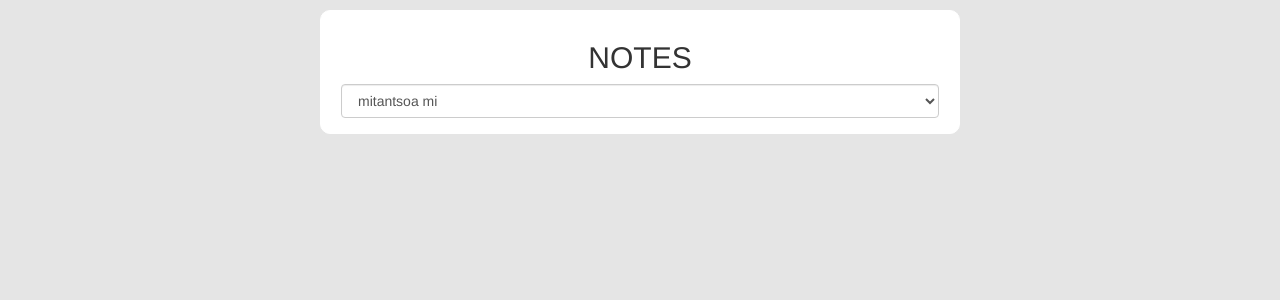
Repository: mitantsoa1/CRUD-note
Page: http://localhost/note
An editor plug-in stored every save of this project. The page is shown before and after the next save, followed by the edit.
The browser window is 1280 px wide. The pictures show the whole page.
The page is run by PHP 8.4 with error messages shown; the project is at /var/www/html/. The database holds what the project's SQL file puts in it.

Above is the page before, as saved 2021-02-11 17:57:07.
Console error: SyntaxError: Unexpected token '<'

After the next save:
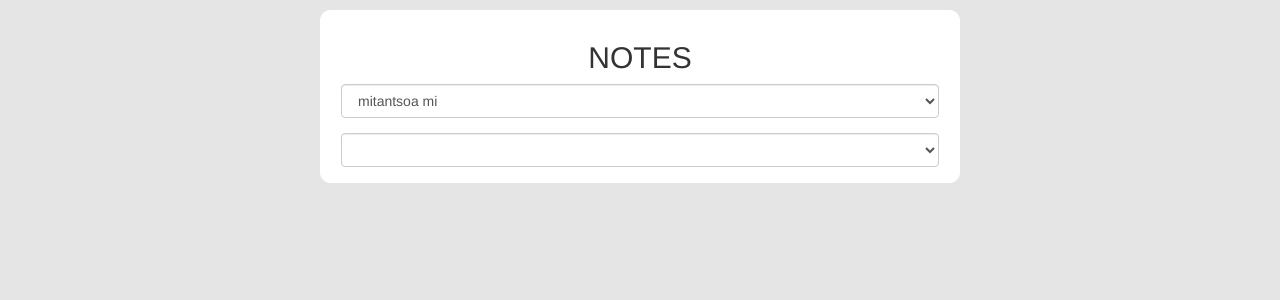
Saved 44 s later.
--- a/Views/note.php
+++ b/Views/note.php
@@ -30,7 +30,15 @@ Controllers::includeCSS(["all","bootstrap.min","sweetalert2.min","style"]);
 
             $tab = $db->select("matiere")
                         ->execute(null);
+                        echo "<div class='form-group'> <select id='select_matiere_note' class='form-control'>";
 
+                        for($i=0;$i<count($tab);$i++){
+                            echo"
+                                <option value='".$tab[$i]->id."'>".$tab[$i]->nom."</option>
+                            ";
+                        }
+
+                    echo "</select></div>";
         ?>
     </div>
 
